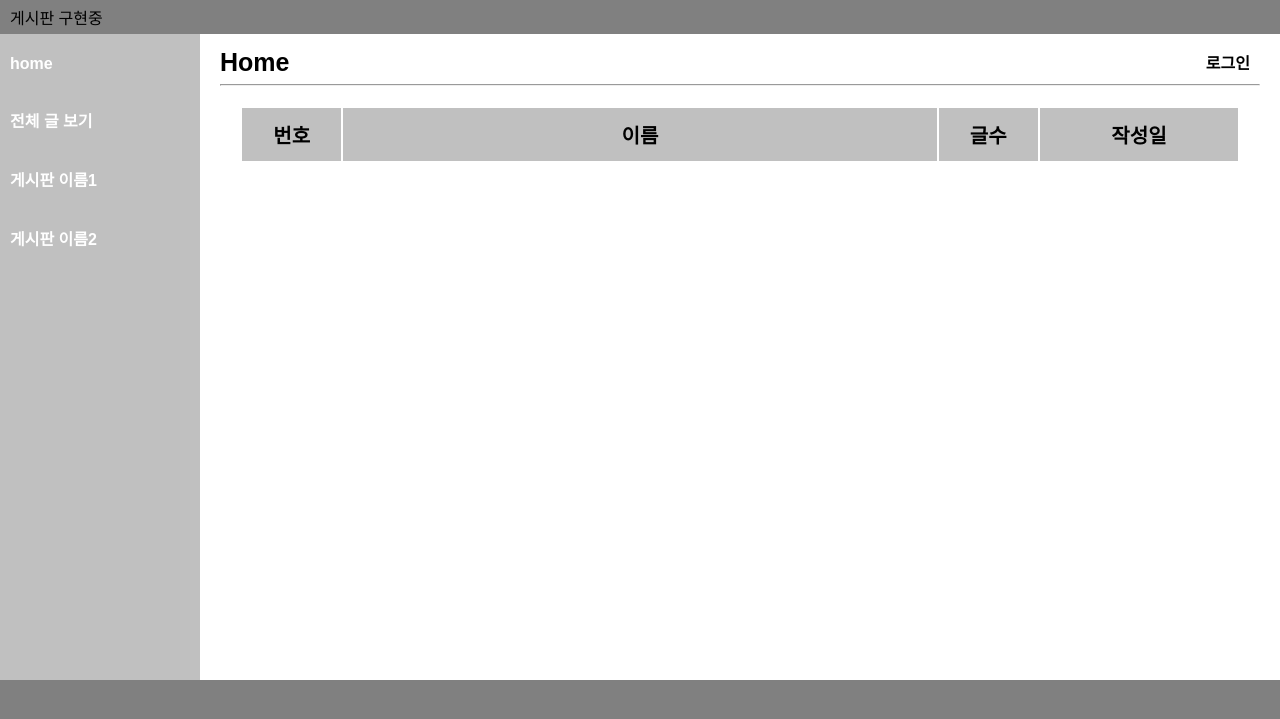
Repository: hyeon-jin-park/study
Page: work/internet_programing/Test_final/public/i.html
An editor plug-in stored every save of this project. The page is shown before and after the next save, followed by the edit.
The browser window is 1280 px wide. The pictures show the whole page.

Above is the page before, as saved 2025-03-14 07:05:41.

### work/internet_programing/Test_final/public/i.html
<!DOCTYPE html>
<html lang="ko">
<head>

    <meta charset="UTF-8">
    <meta name="viewport" content="width=device-width, initial-scale=1.0">
    <title>home.html</title>
	<link rel="stylesheet" href="layout.css">
	<link rel="stylesheet" href="board.css">
	<style>
	* { margin: 0; padding: 0; box-sizing: border-box; }
	body { font-family: Arial, sans-serif; }
	</style>

</head>


<body>

    <div class="header">
        <div class="header_name">게시판 구현중</div>



    </div>
    <div class="sidebar">
    	<ul class="sidebar">
    		<li><a href="home.html">home</a></li>
    		<li><a href="#">전체 글 보기</a></li>
    		<li><a href="#">게시판 이름1</a></li>
    		<li><a href="#">게시판 이름2</a></li>

    	</ul>
    </div>
    <div class="content">
    	<div class="board_title">
    		<h1>Home</h1>
    		<a href="#">로그인</a>
    	</div>
    	<hr>
    	<div class="board">
    		<table class="header_elements">
    			<tr style ="background-color: silver">
    				<th>번호</th>
    				<th>이름</th>
    				<th>글수</th>
    				<th>작성일</th>
    			</tr>
    		</table>
    	</div>
    </div>

    <div class="footer">
    	<h1></h1>
    </div>

</body>
</html>

### work/internet_programing/Test_final/public/layout.css
@charset "UTF-8";

.header {
            background-color: gray;
            color: black;
            padding: 5px 10px;
            display: flex;
            justify-content: space-between;
            align-items: center;
            width: 100%;
            position: fixed;
            z-index: 1000;
    		border-collapse: collapse;
    		table-layout: fixed;
        }


        .sidebar {
        	margin-top: 30px;
    		width: 200px;
    		background-color: silver;
    		color: black;
    		padding: 20px;
    		position: fixed;
    		height: 100vh;
    		top: 0;
    		left: 0;
		}

		.sidebar ul {
    		list-style: none;
    		padding: 0;
		}

		.sidebar ul li {
   		 margin: 15px 0;
		}

		.sidebar a {
    		text-decoration: none;
    		color: white;
   		    font-weight: bold;
   		 	display: block;
    		padding: 10px;
    		border-radius: 5px;
		}

		.sidebar a:hover {
    		background-color: #555;
		}


		.content {
			margin-top: 40px;
			position: fixed;
			z-index: 999;
    		margin-left: 200px;
    		padding: 20px;
    		padding-top: 0px;
		}
		.board_title{
			margin:0px;
			padding: 0px;
			display: flex;
            justify-content: space-between;
            align-items: center;
            width: 100%;
		}
		.board_title ul{
			list-style: none;
			padding:0;
		}

		.board_title a {
    		text-decoration: none;
    		color: black;
   		    font-weight: bold;
   		 	display: block;
    		padding: 10px;
    		border-radius: 5px;
		}

		.board_title h1{
			font-size: 25px;

		}


		.footer {
    		background-color: gray;
    		color: white;
    		text-align: center;
    		height: 40px;
    		padding: 5px 0;
    		position: fixed;
    		bottom: 0;
    		width: 100%;
    		z-index: 1000;
    		box-sizing: border-box;
		}

### work/internet_programing/Test_final/public/board.css
@charset "UTF-8";

.board {
	background-color: white;
	color: black;
	padding: 20px 20px;
	width: 100%;
}



.board th {
	padding: 12px;
    text-align: center;
    vertical-align: middle;
    font-size: 20px;
}

.board th:nth-child(1),
.board td:nth-child(1){
	width: 100px;
}
.board th:nth-child(2),
.board td:nth-child(2){
	width: 600px;
}
.board th:nth-child(3),
.board td:nth-child(3){
	width: 100px;
}
.board th:nth-child(4),
.board td:nth-child(4){
	width: 200px;
}

After the next save:
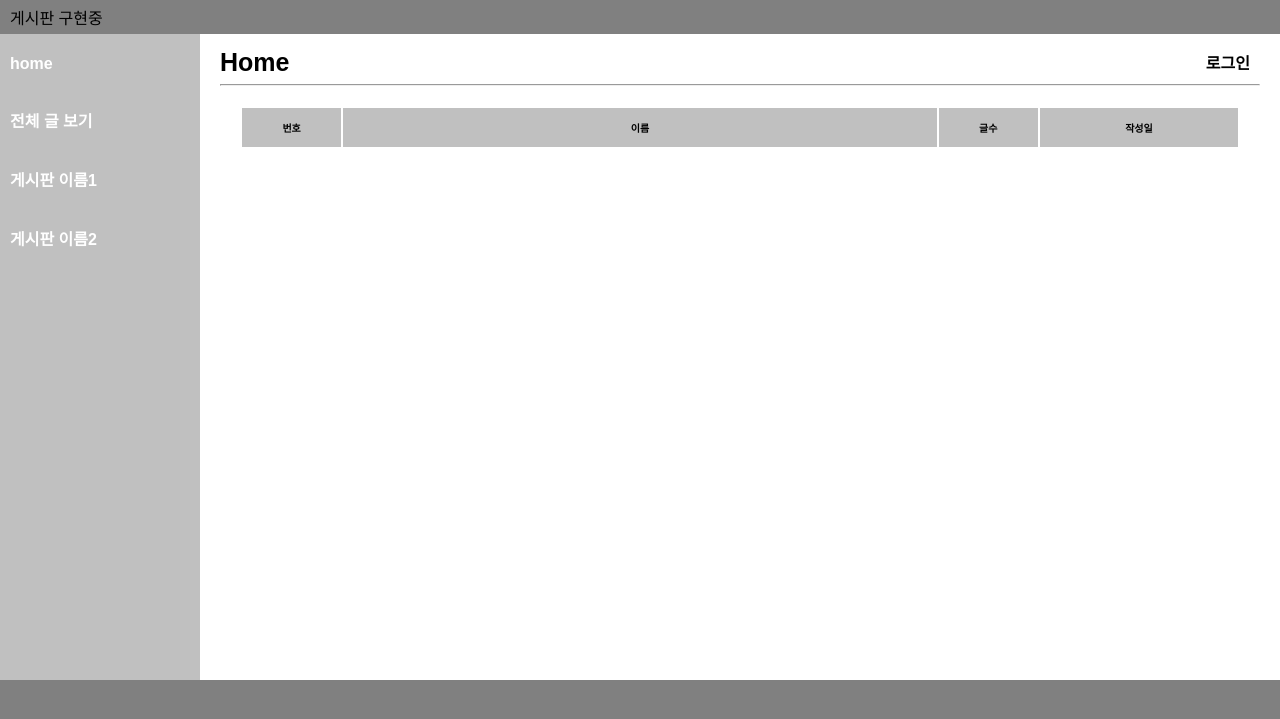
Saved 59 s later.
--- a/work/internet_programing/Test_final/public/board.css
+++ b/work/internet_programing/Test_final/public/board.css
@@ -13,7 +13,7 @@
 	padding: 12px;
     text-align: center;
     vertical-align: middle;
-    font-size: 20px;
+    font-size: 10px;
 }
 
 .board th:nth-child(1),
